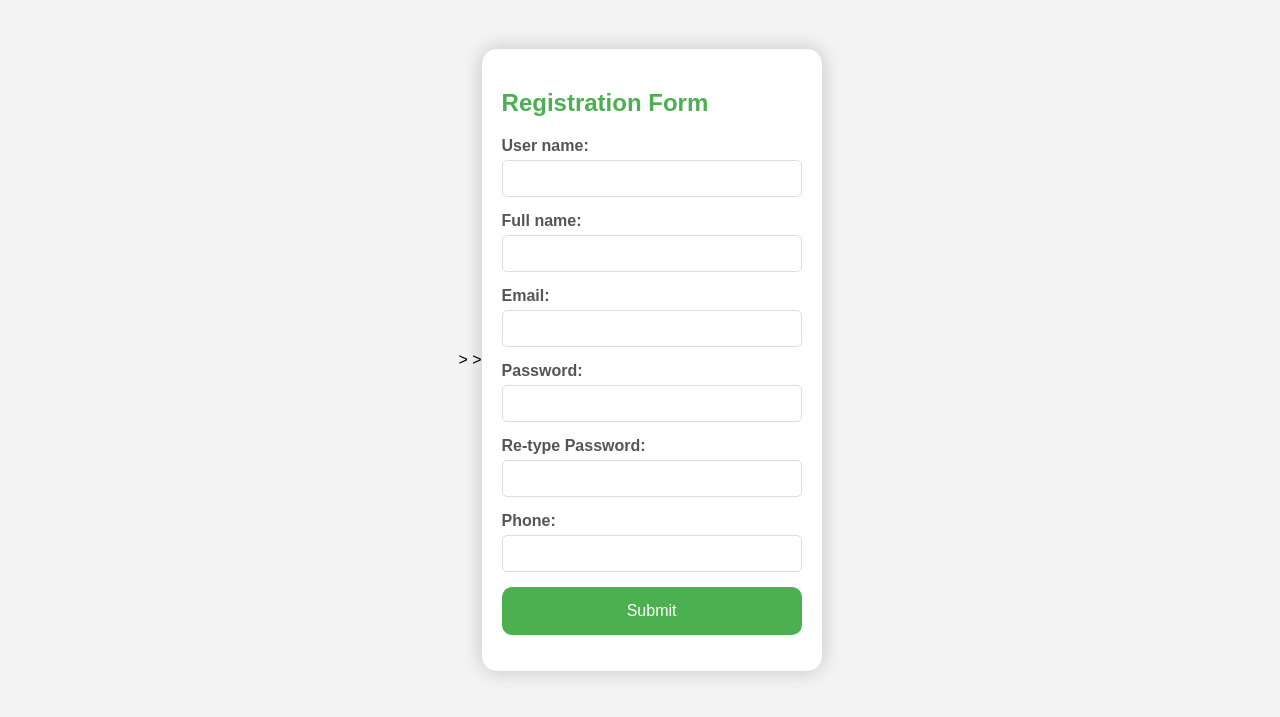
Repository: TuanThanhIT/LapTrinhWeb_BaiTapTuan5
Page: http://localhost/HelloWorld/dang-ki
An editor plug-in stored every save of this project. The page is shown before and after the next save, followed by the edit.
The browser window is 1280 px wide. The pictures show the whole page.
The page is served by Tomcat 10.

Above is the page before, as saved 2024-09-18 16:31:03.

After the next save:
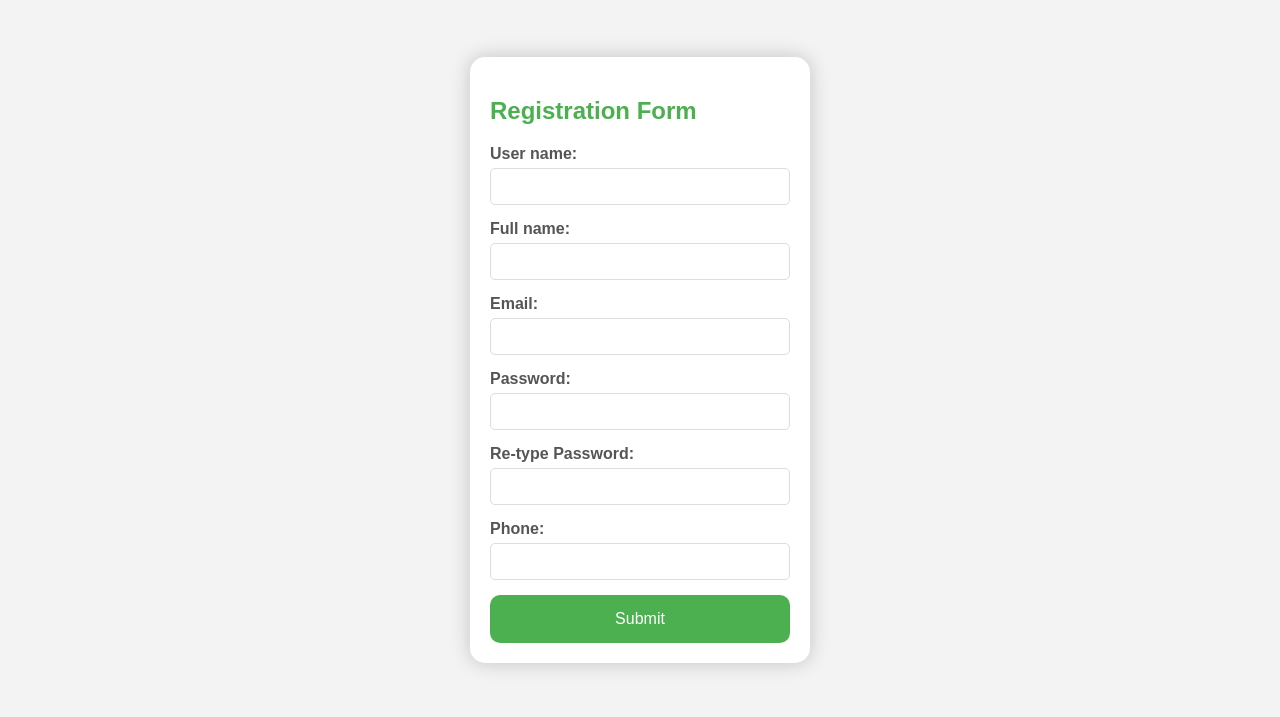
Saved 77 s later.
--- a/HelloWorld/src/main/webapp/views/register.jsp
+++ b/HelloWorld/src/main/webapp/views/register.jsp
@@ -1,8 +1,8 @@
 <%@ page language="java" contentType="text/html; charset=UTF-8"
 	pageEncoding="UTF-8"%>
 <%@taglib prefix="c" uri="jakarta.tags.core"%>
-<%@taglib prefix="fmt" uri="jakarta.tags.fmt"%>>
-<%@taglib prefix="fun" uri="jakarta.tags.functions"%>>
+<%@taglib prefix="fmt" uri="jakarta.tags.fmt"%>
+<%@taglib prefix="fun" uri="jakarta.tags.functions"%>
 
 <!DOCTYPE html>
 <html lang="en">
